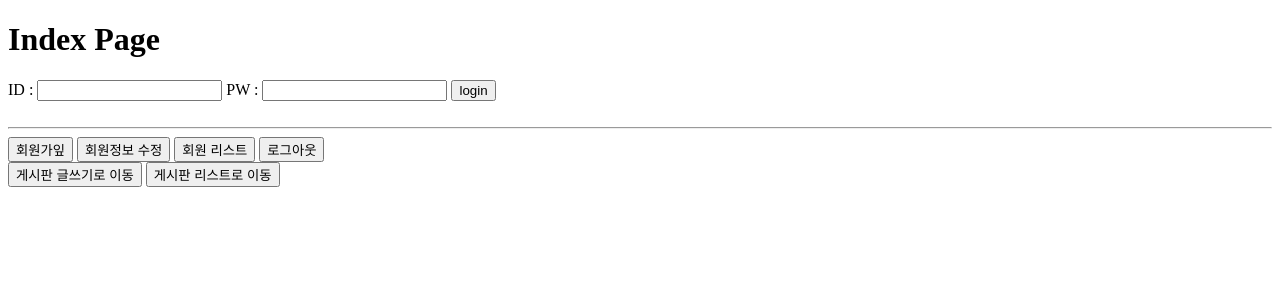
Repository: Leesunghoon1/brd_mem
Page: http://localhost/jps_BoardMember/
An editor plug-in stored every save of this project. The page is shown before and after the next save, followed by the edit.
The browser window is 1280 px wide. The pictures show the whole page.
The page is served by Tomcat 9.

Above is the page before, as saved 2023-09-08 07:56:50.

After the next save:
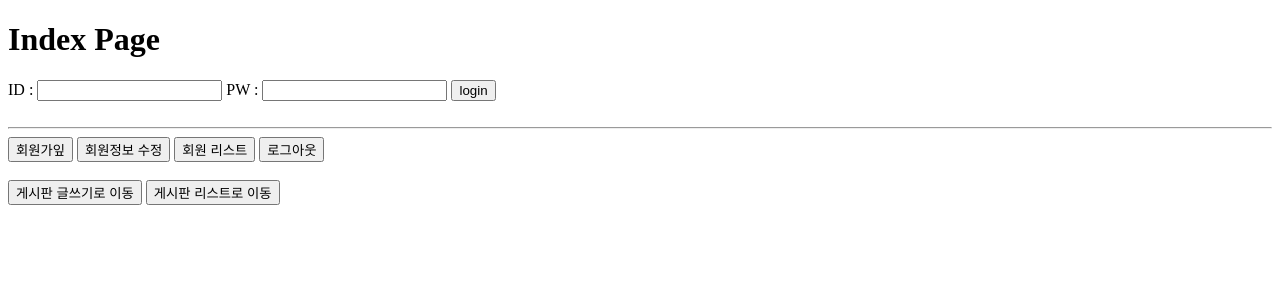
Saved 5 s later.
--- a/jps_BoardMember/src/main/webapp/index.jsp
+++ b/jps_BoardMember/src/main/webapp/index.jsp
@@ -28,7 +28,7 @@
 	<a href="#"><button>회원 리스트</button></a>
 
 
-	<a href="#"><button>로그아웃</button></a> <br>
+	<a href="#"><button>로그아웃</button></a> <br> <br>
 
 	<a href="/board/register.jsp"><button>게시판 글쓰기로 이동</button></a>
 
